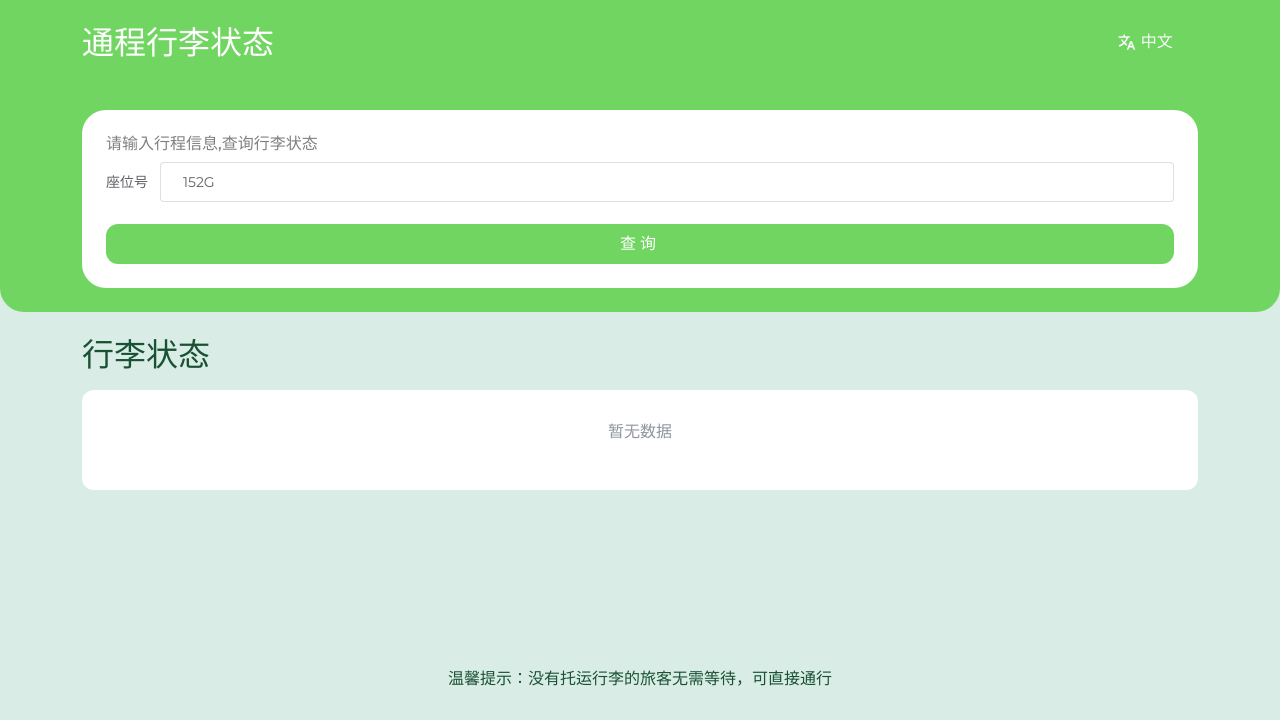
Repository: jhonMacTavish/through-baggage-web
Page: /
The author's editor kept a copy of each file at every save. The page is drawn from the files as they stood at one save, then again after the next save.
The browser window is 1280 px wide. The pictures show the whole page.
The project was rebuilt for these pictures with package versions that can differ from the ones it lists, and the page was loaded fresh each time. Also part of the build but not shown: vite.config.js, src/components/Main copy.vue, src/components/NavBar.vue, src/components/Scanner.vue. Imported but missing from the stored project, and not drawn on this page: src/assets/icons/GlobeIcon.vue, src/assets/icons/LogoIcon.vue, src/assets/icons/ProfileIcon.vue, src/assets/icons/QuestionIcon.vue.

Above is the page before, as saved 2025-02-24 16:34:21.

### index.html
<!--
 * @Author: error: error: git config user.name & please set dead value or install git && error: git config user.email & please set dead value or install git & please set dead value or install git
 * @Date: 2025-02-23 17:18:54
 * @LastEditors: error: error: git config user.name & please set dead value or install git && error: git config user.email & please set dead value or install git & please set dead value or install git
 * @LastEditTime: 2025-02-24 12:03:02
 * @FilePath: \through_baggage_webt:\Projects\VS Code\vue-bootstrap-master\index.html
 * @Description: 这是默认设置,请设置`customMade`, 打开koroFileHeader查看配置 进行设置: https://github.com/OBKoro1/koro1FileHeader/wiki/%E9%85%8D%E7%BD%AE
-->
<!doctype html>
<html lang="en">
  <head>
    <meta charset="UTF-8" />
    <link rel="icon" type="image/svg+xml" href="/vite.svg" />
    <meta name="viewport" content="width=device-width, initial-scale=1.0" />
    <title>through baggage web</title>
  </head>
  <body>
    <div id="app" style="min-width: 375px;"></div>
    <script type="module" src="/src/main.js"></script>
  </body>
</html>

### src/main.js
/*
 * @Author: error: error: git config user.name & please set dead value or install git && error: git config user.email & please set dead value or install git & please set dead value or install git
 * @Date: 2025-02-23 17:18:54
 * @LastEditors: error: error: git config user.name & please set dead value or install git && error: git config user.email & please set dead value or install git & please set dead value or install git
 * @LastEditTime: 2025-02-24 00:55:03
 * @FilePath: \through_baggage_webt:\Projects\VS Code\vue-bootstrap-master\src\main.js
 * @Description: 这是默认设置,请设置`customMade`, 打开koroFileHeader查看配置 进行设置: https://github.com/OBKoro1/koro1FileHeader/wiki/%E9%85%8D%E7%BD%AE
 */
import { createApp } from 'vue';
// import PrimeVue from 'primevue/config';
// import AnimateOnScroll from 'primevue/animateonscroll';

// Import all of Bootstrap's CSS
import "bootstrap/dist/css/bootstrap.css";
// import 'primevue/resources/themes/aura-light-green/theme.css'
import './style.css';
import App from './App.vue';
import i18n from './i18n';


const app = createApp(App);

app.use(i18n);
// app.use(PrimeVue);
// app.directive('animateonscroll', AnimateOnScroll);
app.mount('#app');

import 'bootstrap/dist/js/bootstrap';

### src/components/Main.vue
<!--
 * @Author: error: error: git config user.name & please set dead value or install git && error: git config user.email & please set dead value or install git & please set dead value or install git
 * @Date: 2025-02-23 20:06:20
 * @LastEditors: error: error: git config user.name & please set dead value or install git && error: git config user.email & please set dead value or install git & please set dead value or install git
 * @LastEditTime: 2025-02-24 16:34:21
 * @FilePath: \through_baggage_webt:\Projects\VS Code\vue-bootstrap-master\src\components\Main.vue
 * @Description: 这是默认设置,请设置`customMade`, 打开koroFileHeader查看配置 进行设置: https://github.com/OBKoro1/koro1FileHeader/wiki/%E9%85%8D%E7%BD%AE
-->
<template>
  <section class="p-4 pb-3 bg-green">
    <div class="container d-flex justify-content-between align-items-center">
      <!-- <h2 class="text-center text-white" :style="`font-size: ${locale == 'en'? '16px': ''}`" >{{$t('messages.prompText.pageTitle')}}</h2> -->
      <h2 v-if="locale == 'zh'" class="text-center text-white">
        {{ $t("messages.prompText.pageTitle") }}
      </h2>
      <h6 v-else class="text-center text-white">
        {{ $t("messages.prompText.pageTitle") }}
      </h6>
      <div class="select-group">
        <el-dropdown
          size="large"
          trigger="click"
          style="margin: 2px 0 0 4px; font-size: 16px"
        >
          <span class="el-dropdown-link text-light">
            <svg
              data-v-f414ea64=""
              viewBox="0 0 24 24"
              width="1.2em"
              height="1.2em"
            >
              <path
                fill="currentColor"
                d="m18.5 10l4.4 11h-2.155l-1.201-3h-4.09l-1.199 3h-2.154L16.5 10h2zM10 2v2h6v2h-1.968a18.222 18.222 0 0 1-3.62 6.301a14.864 14.864 0 0 0 2.336 1.707l-.751 1.878A17.015 17.015 0 0 1 9 13.725a16.676 16.676 0 0 1-6.201 3.548l-.536-1.929a14.7 14.7 0 0 0 5.327-3.042A18.078 18.078 0 0 1 4.767 8h2.24A16.032 16.032 0 0 0 9 10.877a16.165 16.165 0 0 0 2.91-4.876L2 6V4h6V2h2zm7.5 10.885L16.253 16h2.492L17.5 12.885z"
              ></path>
            </svg>
            {{ $t(`messages.langs.${locale}`) }}
            <el-icon class="el-icon--right">
              <i-ep-Arrow-down />
            </el-icon>
          </span>
          <template #dropdown>
            <el-dropdown-menu>
              <el-dropdown-item @click="changeLang('zh')"
                >中文</el-dropdown-item
              >
              <el-dropdown-item @click="changeLang('en')"
                >English</el-dropdown-item
              >
            </el-dropdown-menu>
          </template>
        </el-dropdown>
      </div>
    </div>
  </section>

  <section class="p-4 bg-green rd-form">
    <div class="container">
      <div class="p-4 form-bg">
        <h6 class="form-title">{{ $t("messages.userText.formTitle") }}</h6>
        <el-form
          ref="ruleFormRef"
          :model="ruleForm"
          status-icon
          :rules="rules"
          label-width="auto"
        >
          <!-- <el-form-item
            class="item-marginBt"
            size="large"
            :label="$t('messages.userText.formInfo.passportNo')"
            prop="pptNo"
          >
            <el-input
              v-model="ruleForm.pptNo"
              maxlength="9"
              :formatter="(value) => value.toUpperCase()"
            >
              <template #prefix>
                <i-ep-Postcard />
              </template>
            </el-input>
          </el-form-item>
          <el-form-item
            class="item-marginBt"
            size="large"
            :label="$t('messages.userText.formInfo.flightNo')"
            prop="fltNo"
          >
            <el-input
              v-model="ruleForm.fltNo"
              maxlength="6"
              :formatter="(value) => value.toUpperCase()"
            >
              <template #prefix>
                <i-ep-Calendar />
              </template>
            </el-input>
          </el-form-item>
          <el-form-item
            class="item-marginBt"
            size="large"
            :label="$t('messages.userText.formInfo.seatNo')"
            prop="setNo"
          >
            <el-input
              v-model="ruleForm.setNo"
              maxlength="4"
              :formatter="(value) => value.toUpperCase()"
            >
              <template #prefix>
                <i-ep-PriceTag />
              </template>
            </el-input>
          </el-form-item> -->
          <el-form-item
            class="item-marginBt"
            size="large"
            :label="$t('messages.userText.formInfo.seatNo')"
            prop="setNo"
          >
            <el-input
              v-model="ruleForm.setNo"
              maxlength="4"
              :formatter="(value) => value.toUpperCase()"
            >
              <template #prefix>
                <i-ep-PriceTag />
              </template>
            </el-input>
          </el-form-item>
          <el-form-item size="large">
            <el-button
              class="w-100 submitBtn"
              type="primary"
              @click="submitForm(ruleFormRef)"
            >
              <text
                :style="`
    letter-spacing: ${locale == 'zh' ? '4px' : ''};`"
                >{{ $t("messages.userText.formButton") }}</text
              >
            </el-button>
          </el-form-item>
        </el-form>
      </div>
    </div>
  </section>

  <section class="p-4 flex1">
    <div class="container">
      <h2 v-if="locale == 'zh'" class="info-title mb-3">
        {{ $t("messages.baggageText.stateTitle") }}
      </h2>
      <h6 v-else class="info-title mb-3">
        {{ $t("messages.baggageText.stateTitle") }}
      </h6>
      <div
        class="info-content p-4 d-flex justify-content-center align-items-center"
      >
        <p class="text-center">
          {{ $t('messages.baggageText.stateInfo.state0.str1') }}<br /><span
            class="attention"
            >{{ $t('messages.baggageText.stateInfo.state0.str2') }}</span
          >
        </p>
      </div>
    </div>
  </section>

  <footer class="p-4 text-center w-100">
    <div class="container">
      <h6>{{ $t('messages.prompText.pageFooter') }}</h6>
    </div>
  </footer>
</template>

<script lang="ts" setup>
import { onBeforeMount, onMounted, reactive, ref } from "vue";
import type { FormInstance, FormRules } from "element-plus";
import axios from "axios";
import { useI18n } from "vue-i18n";

const { locale, t } = useI18n();
const ruleFormRef = ref<FormInstance>();
const prompts = {
  res1: { str1: "您的行李已确认安全", str2: "请通行" },
  res2: { str1: "您没有托运行李", str2: "请通行" },
  res3: { str1: "您的行李尚未完全通过检查", str2: "请耐心等待" },
  res4: { str1: "很抱歉，未能查询到您的", str2: "行程及行李信息" },
};
let prompt = reactive({ str1: "暂无数据", str2: "" });

const changeLang = (type: string) => {
  console.log(type);
  locale.value = type;
  localStorage.setItem("lang", type);

  rules.pptNo[0].validator = createValidator(/^[G|E|P|S|D|C]\d{8}$/, t('messages.userText.validateText.passportNo'));
  rules.fltNo[0].validator = createValidator(/^[G|E|P|S|D|C]\d{8}$/, t('messages.userText.validateText.flightNo'));
  rules.setNo[0].validator = createValidator(/^[G|E|P|S|D|C]\d{8}$/, t('messages.userText.validateText.seatNo'));
};

// 表单验证规则
const createValidator = (pattern: RegExp, errorMsg: string) => {
  return (_rule: any, value: string, callback: any) => {
    console.log(value);
    console.log(pattern.test(value));
    if (!pattern.test(value)) {
      callback(new Error(errorMsg));
    } else {
      callback();
    }
  };
};

const ruleForm = reactive({
  pptNo: "E98549873",
  fltNo: "CA6754",
  setNo: "152G",
});

const rules: FormRules<typeof ruleForm> = {
  pptNo: [
    {
      validator: createValidator(/^[G|E|P|S|D|C]\d{8}$/, t('messages.userText.validateText.passportNo')),
      trigger: "blur",
    },
  ],
  fltNo: [
    {
      validator: createValidator(/^[A-Z]{2}\d{3,4}$/, t('messages.userText.validateText.flightNo')),
      trigger: "blur",
    },
  ],
  setNo: [
    {
      validator: createValidator(/^\d{1,3}[A-Z]$/, t('messages.userText.validateText.seatNo')),
      trigger: "blur",
    },
  ],
};

const submitForm = async (formEl: FormInstance | undefined) => {
  if (!formEl) return;
  try {
    const valid = await formEl.validate();
    if (valid) {
      const params = ruleForm;

      prompt.str1 = prompts.res3.str1;
      prompt.str2 = prompts.res3.str2;

      console.log(prompt);
      await axios.get("/api/baggages/status", { params }).then((res) => {
        console.log(res);
      });
    }
  } catch (error) {
    console.log(error);
  }
};

const resize = () => {};

onBeforeMount(() => {});

onMounted(() => {});
</script>

<style lang="less" scoped>
.bg-green {
  background-color: #71d561;
}

.rd-form {
  border-bottom-left-radius: 24px;
  border-bottom-right-radius: 24px;
}

.item-marginBt {
  // margin-bottom: 20px;
}

.el-form-item:last-child {
  margin: 0;
}

.form-bg {
  background-color: white;
  border-radius: 24px;

  .form-title {
    color: gray;
  }
}

.submitBtn {
  border-radius: 12px;
  background-color: #71d561;
  border: none;

  text {
    font-size: 16px;
  }
}

.info-title {
  color: #195135;
  // font-size: 24px;
}

.info-content {
  width: 100%;
  height: 100px;
  border-radius: 12px;
  font-size: 16px;
  color: #9095a0;
  background-color: white;

  .attention {
    font-size: 24px;
    font-weight: bold;
  }
}

.select-group {
  position: relative;
  top: -4px;
  color: white;
  // font-weight: bold;
  // top: 20px;
  // right: 0;
}

.flex1 {
  flex: 1;
}

footer {
  position: absolute;
  bottom: 0;
  color: #195135;
}
</style>

### src/style.css
@import url('https://fonts.googleapis.com/css2?family=Montserrat:ital,wght@0,100..900;1,100..900&display=swap');

* {
  margin: 0;
  padding: 0;
  box-sizing: border-box;
}

body {
    font-family: "Montserrat", sans-serif;
    background-color: #D9EDE6;
}

#app{
  position: relative;
  height: 100vh;
}

### src/App.vue
<!--
 * @Author: error: error: git config user.name & please set dead value or install git && error: git config user.email & please set dead value or install git & please set dead value or install git
 * @Date: 2025-02-23 17:18:54
 * @LastEditors: error: error: git config user.name & please set dead value or install git && error: git config user.email & please set dead value or install git & please set dead value or install git
 * @LastEditTime: 2025-02-24 11:56:03
 * @FilePath: \through_baggage_webt:\Projects\VS Code\vue-bootstrap-master\src\App.vue
 * @Description: 这是默认设置,请设置`customMade`, 打开koroFileHeader查看配置 进行设置: https://github.com/OBKoro1/koro1FileHeader/wiki/%E9%85%8D%E7%BD%AE
-->
<script setup>
import Main from './components/Main.vue';

</script>

<template>
    <Main />
</template>

<style scoped></style>

### src/i18n/index.js
/*
 * @Author: error: error: git config user.name & please set dead value or install git && error: git config user.email & please set dead value or install git & please set dead value or install git
 * @Date: 2025-02-24 00:19:55
 * @LastEditors: error: error: git config user.name & please set dead value or install git && error: git config user.email & please set dead value or install git & please set dead value or install git
 * @LastEditTime: 2025-02-24 00:49:13
 * @FilePath: \through_baggage_webt:\Projects\VS Code\vue-bootstrap-master\src\i18n\index.js
 * @Description: 这是默认设置,请设置`customMade`, 打开koroFileHeader查看配置 进行设置: https://github.com/OBKoro1/koro1FileHeader/wiki/%E9%85%8D%E7%BD%AE
 */
import { createI18n } from 'vue-i18n';
import messages from './messages';

const i18n = createI18n({
    legacy: false,
    locale: localStorage.getItem('lang') || 'zh',
    messages,
});

export default i18n;

### src/i18n/messages.js
/*
 * @Author: error: error: git config user.name & please set dead value or install git && error: git config user.email & please set dead value or install git & please set dead value or install git
 * @Date: 2025-02-24 00:48:16
 * @LastEditors: error: error: git config user.name & please set dead value or install git && error: git config user.email & please set dead value or install git & please set dead value or install git
 * @LastEditTime: 2025-02-24 01:03:11
 * @FilePath: \through_baggage_webt:\Projects\VS Code\vue-bootstrap-master\src\i18n\messages.js
 * @Description: 这是默认设置,请设置`customMade`, 打开koroFileHeader查看配置 进行设置: https://github.com/OBKoro1/koro1FileHeader/wiki/%E9%85%8D%E7%BD%AE
 */
import zh from './langs/zh';
import en from './langs/en';

export default {
    zh,
    en,
};

### src/i18n/langs/zh.js
/*
 * @Author: error: error: git config user.name & please set dead value or install git && error: git config user.email & please set dead value or install git & please set dead value or install git
 * @Date: 2025-02-24 00:23:07
 * @LastEditors: error: error: git config user.name & please set dead value or install git && error: git config user.email & please set dead value or install git & please set dead value or install git
 * @LastEditTime: 2025-02-24 09:06:16
 * @FilePath: \through_baggage_webt:\Projects\VS Code\vue-bootstrap-master\src\i18n\langs\zh.js
 * @Description: 这是默认设置,请设置`customMade`, 打开koroFileHeader查看配置 进行设置: https://github.com/OBKoro1/koro1FileHeader/wiki/%E9%85%8D%E7%BD%AE
 */
export default {
  messages: {
    langs: {
      en: "English",
      zh: "中文",
    },

    prompText: {
      switchLang: "切换语言",
      pageTitle: "通程行李状态",
      pageFooter: "温馨提示：没有托运行李的旅客无需等待，可直接通行",
    },

    baggageText: {
      stateTitle: "行李状态",
      stateInfo: {
        state0: { str1: "暂无数据", str2: "" },
        state1: { str1: "您的行李已确认安全", str2: "请通行" },
        state2: { str1: "您没有托运行李", str2: "请通行" },
        state3: { str1: "您的行李尚未完全通过检查", str2: "请耐心等待" },
        state4: { str1: "很抱歉，未能查询到您的", str2: "行程及行李信息" },
      },
    },

    userText: {
      formTitle: "请输入行程信息,查询行李状态",
      formInfo: {
        passportNo: "护照号",
        flightNo: "航班号",
        seatNo: "座位号",
      },
      validateText: {
        passportNo: "请输入正确的护照号",
        flightNo: "请输入正确的航班号",
        seatNo: "请输入正确的座位号",
      },
      formButton: "查询",
    },
  },
};

### src/i18n/langs/en.js
/*
 * @Author: error: error: git config user.name & please set dead value or install git && error: git config user.email & please set dead value or install git & please set dead value or install git
 * @Date: 2025-02-24 00:23:07
 * @LastEditors: error: error: git config user.name & please set dead value or install git && error: git config user.email & please set dead value or install git & please set dead value or install git
 * @LastEditTime: 2025-02-24 09:12:31
 * @FilePath: \through_baggage_webt:\Projects\VS Code\vue-bootstrap-master\src\i18n\langs\zh.js
 * @Description: 这是默认设置,请设置`customMade`, 打开koroFileHeader查看配置 进行设置: https://github.com/OBKoro1/koro1FileHeader/wiki/%E9%85%8D%E7%BD%AE
 */
export default {
  messages: {
    langs: {
      en: "English",
      zh: "中文",
    },

    prompText: {
      switchLang: "Switch language",
      pageTitle: "Through baggage status",
      pageFooter: "Tips: Passengers without checked baggage can pass directly without waiting",
    },

    baggageText: {
      stateTitle: "Baggage status",
      stateInfo: {
        state0: { str1: "No data", str2: "" },
        state1: { str1: "Your luggage has been confirmed safe", str2: "Please pass" },
        state2: { str1: "You have no checked baggage", str2: "Please pass" },
        state3: { str1: "Your baggage has not yet been fully screened", str2: "Please wait" },
        state4: { str1: "Sorry, we could not find your", str2: "Itinerary and baggage information" },
      },
    },

    userText: {
      formTitle: "Please enter your itinerary information to check your luggage status",
      formInfo: {
        passportNo: "Passport No.",
        flightNo: "Flight No.",
        seatNo: "Seat No.",
      },
      validateText: {
        passportNo: "Enter your passport No.",
        flightNo: "Enter your flight No.",
        seatNo: "Enter your seat No.",
      },
      formButton: "Submit",
    },
  },
};

After the next save:
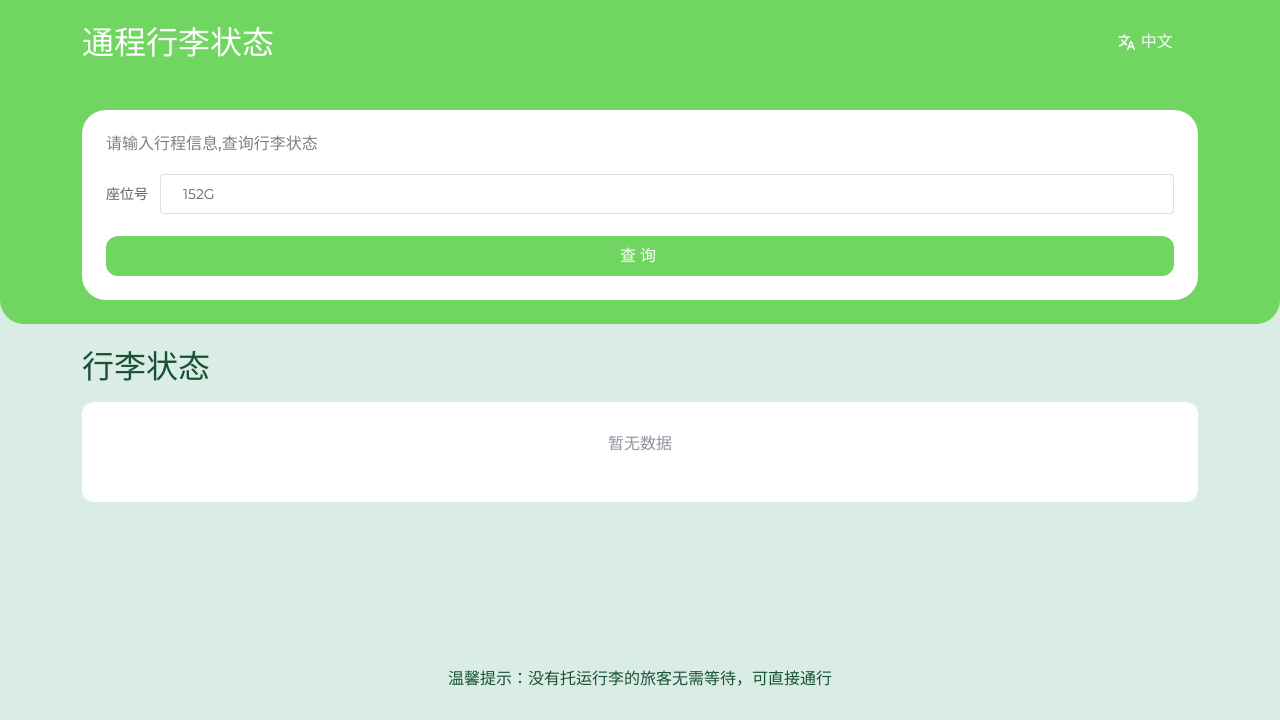
Saved 74 s later.
--- a/src/components/Main.vue
+++ b/src/components/Main.vue
@@ -2,7 +2,7 @@
  * @Author: error: error: git config user.name & please set dead value or install git && error: git config user.email & please set dead value or install git & please set dead value or install git
  * @Date: 2025-02-23 20:06:20
  * @LastEditors: error: error: git config user.name & please set dead value or install git && error: git config user.email & please set dead value or install git & please set dead value or install git
- * @LastEditTime: 2025-02-24 16:34:21
+ * @LastEditTime: 2025-02-24 16:35:35
  * @FilePath: \through_baggage_webt:\Projects\VS Code\vue-bootstrap-master\src\components\Main.vue
  * @Description: 这是默认设置,请设置`customMade`, 打开koroFileHeader查看配置 进行设置: https://github.com/OBKoro1/koro1FileHeader/wiki/%E9%85%8D%E7%BD%AE
 -->
@@ -292,6 +292,7 @@ onMounted(() => {});
 
   .form-title {
     color: gray;
+    margin-bottom: 20px;
   }
 }
 
